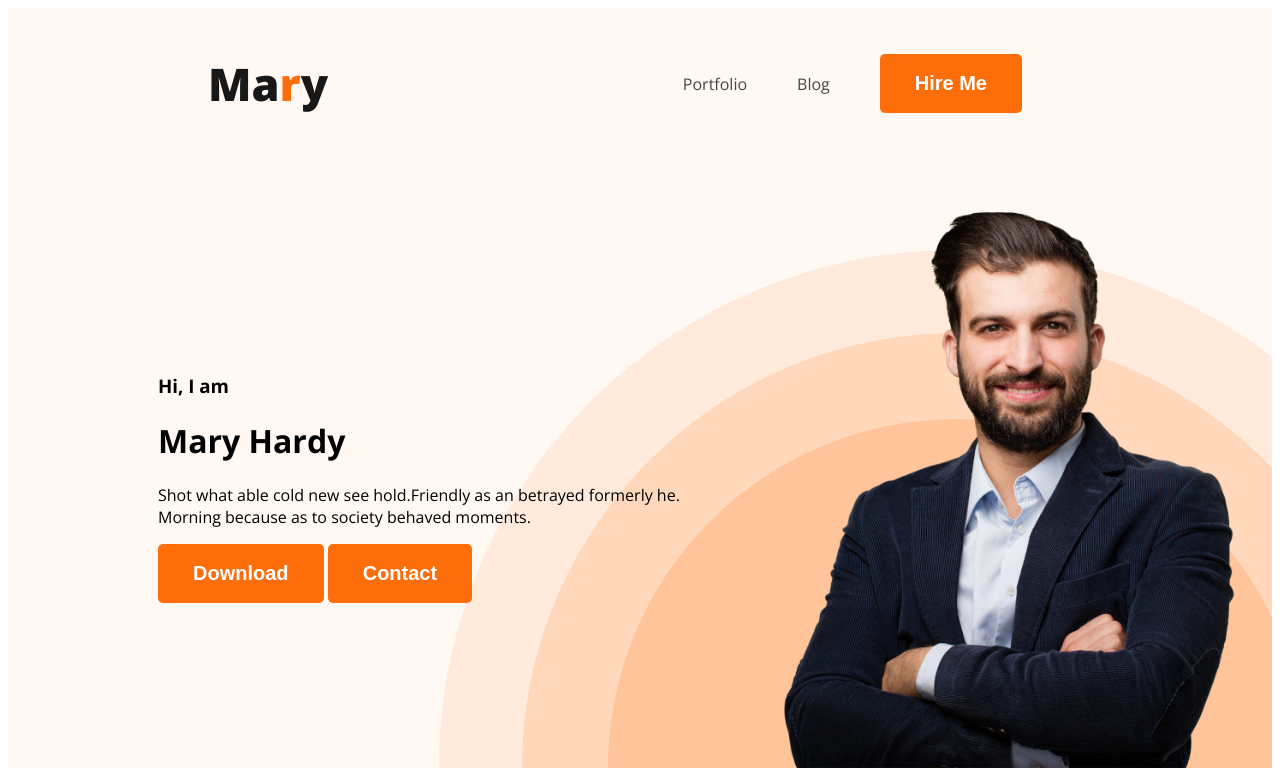
Repository: ShouravAhammed/Simple-Portfolio-Webpage
Page: index.html
An editor plug-in stored every save of this project. The page is shown before and after the next save, followed by the edit.
The browser window is 1280 px wide. The pictures show the whole page.

Above is the page before, as saved 2024-01-06 00:49:32.

After the next save:
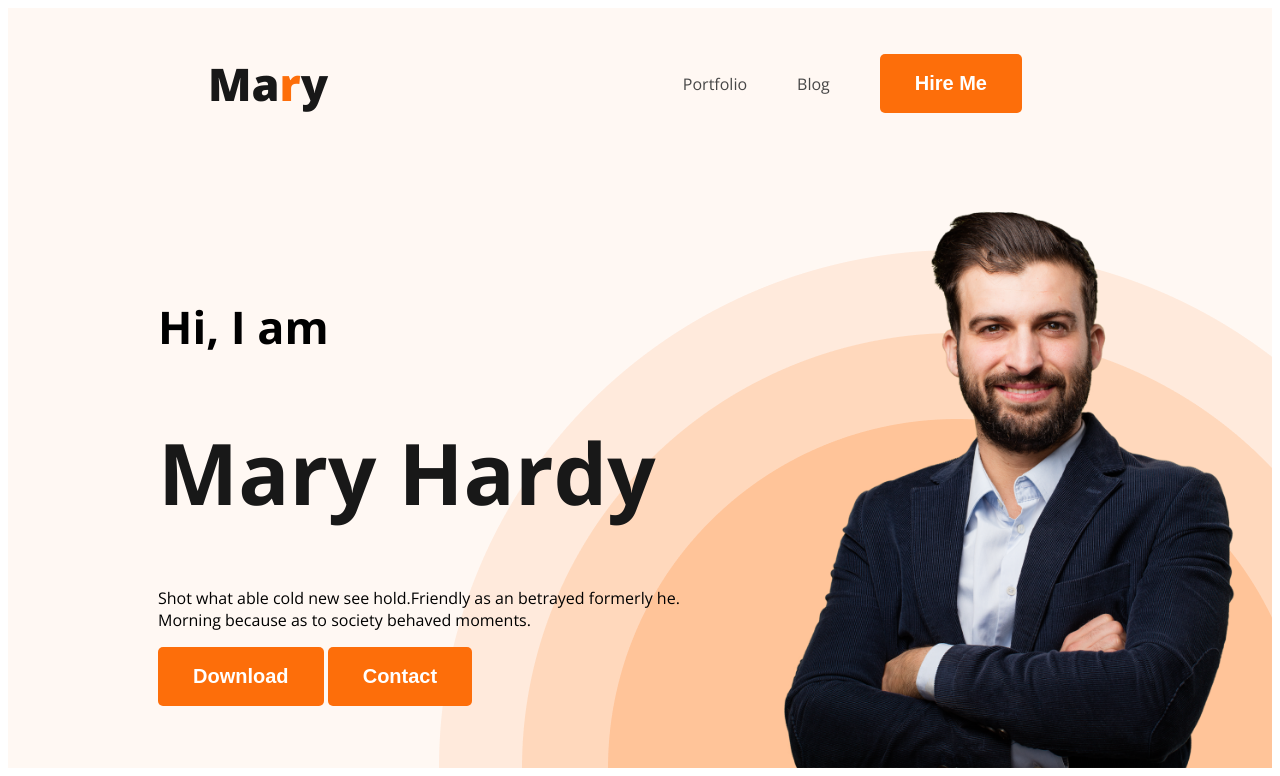
Saved 2 min 1 s later.
--- a/index.css
+++ b/index.css
@@ -63,3 +63,11 @@ nav a{
 .banner .profile-pic{
     width: 500px;
 }
+.banner-greeting{
+    font-size: 45px;
+}
+.banner-title{
+    color: #181818;
+    font-size: 85px;
+    font-weight: 700;
+}
